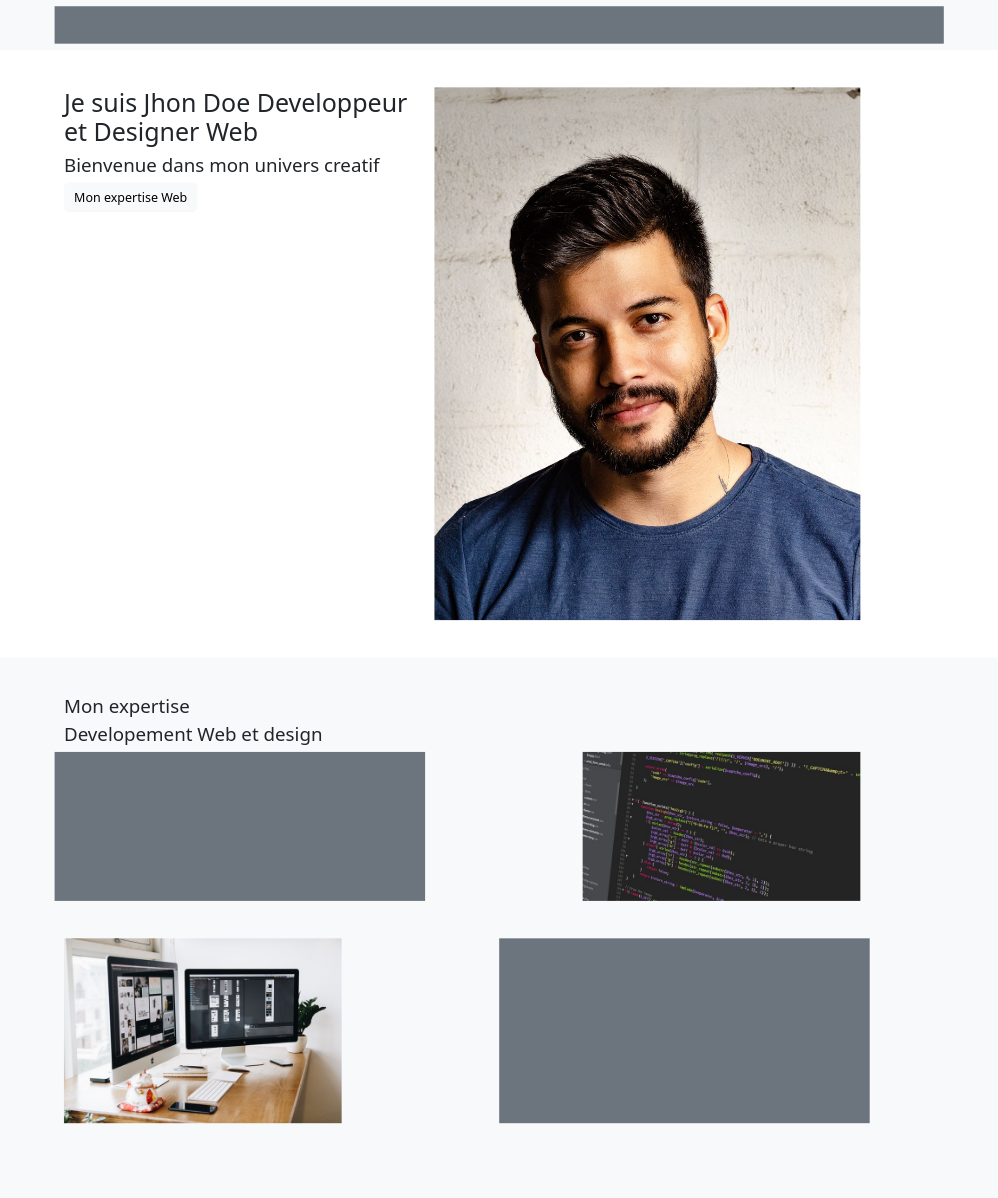
Repository: wadelfadill/Bootstrap_tache_1_portfolio
Page: index.html
An editor plug-in stored every save of this project. The page is shown before and after the next save, followed by the edit.
The browser window is 1280 px wide. The pictures show the whole page, at 78% of full size.

Above is the page before, as saved 2023-03-27 12:36:05.

### index.html
<!DOCTYPE html>
<html lang="en">
<head>
    <meta charset="UTF-8">
    <meta http-equiv="X-UA-Compatible" content="IE=edge">
    <meta name="viewport" content="width=device-width, initial-scale=1.0">
    <title>Portfolio_Bootstrap</title>
    <link href="https://cdn.jsdelivr.net/npm/bootstrap@5.3.0-alpha2/dist/css/bootstrap.min.css" rel="stylesheet" integrity="sha384-aFq/bzH65dt+w6FI2ooMVUpc+21e0SRygnTpmBvdBgSdnuTN7QbdgL+OapgHtvPp" crossorigin="anonymous">
    <link rel="stylesheet" href="style.css">
</head>
<body>
    <header>
        <nav class="navbar bg-light container-fluid">
            <div class="container bg-secondary py-4">

            </div>
        </nav>
    </header>
    <main>
        <section class="my-5">
            <div class="container">
                <div class="row">
                    <div class="col-5">
                        <p class="h2">Je suis Jhon Doe Developpeur et Designer Web</p>
                        <p class="h4">Bienvenue dans mon univers creatif</p>
                        <a class="btn btn-light" href="#" role="button">Mon expertise Web</a>

                    </div>
                    <div class="col-6">
                        <img src="img/portrait.jpg" alt="profile de Jhon Doe" class="w-100">
                    </div>
                </div>
            </div>
        </section>
        <section>
            <div class="container-fluid bg-light py-5 mt-5">
                <div class="container ">
                 <p class="h4">Mon expertise</p>
                 <p class="h4">Developement Web et design</p>
                <div class="row">
                    <div class="col-5 bg-secondary">

                    </div>
                    <div class="col-2"></div>
                    <div class="col-4">
                        <img src="img/code.jpg" alt="" class="w-100">
                    </div>
                </div>
                <div class="row my-5">
                    <div class="col-4">
                        <img src="img/design.jpg" alt="" class="w-100">
                    </div>
                    <div class="col-2"></div>
                    <div class="col-5 bg-secondary">

                    </div>
                </div>
             </div>
        </section>
        <section></section>
        <section></section>
    </main>



</body>
</html>

Loaded but not shown: style.css (no stored copy; drawn as an empty file)

After the next save:
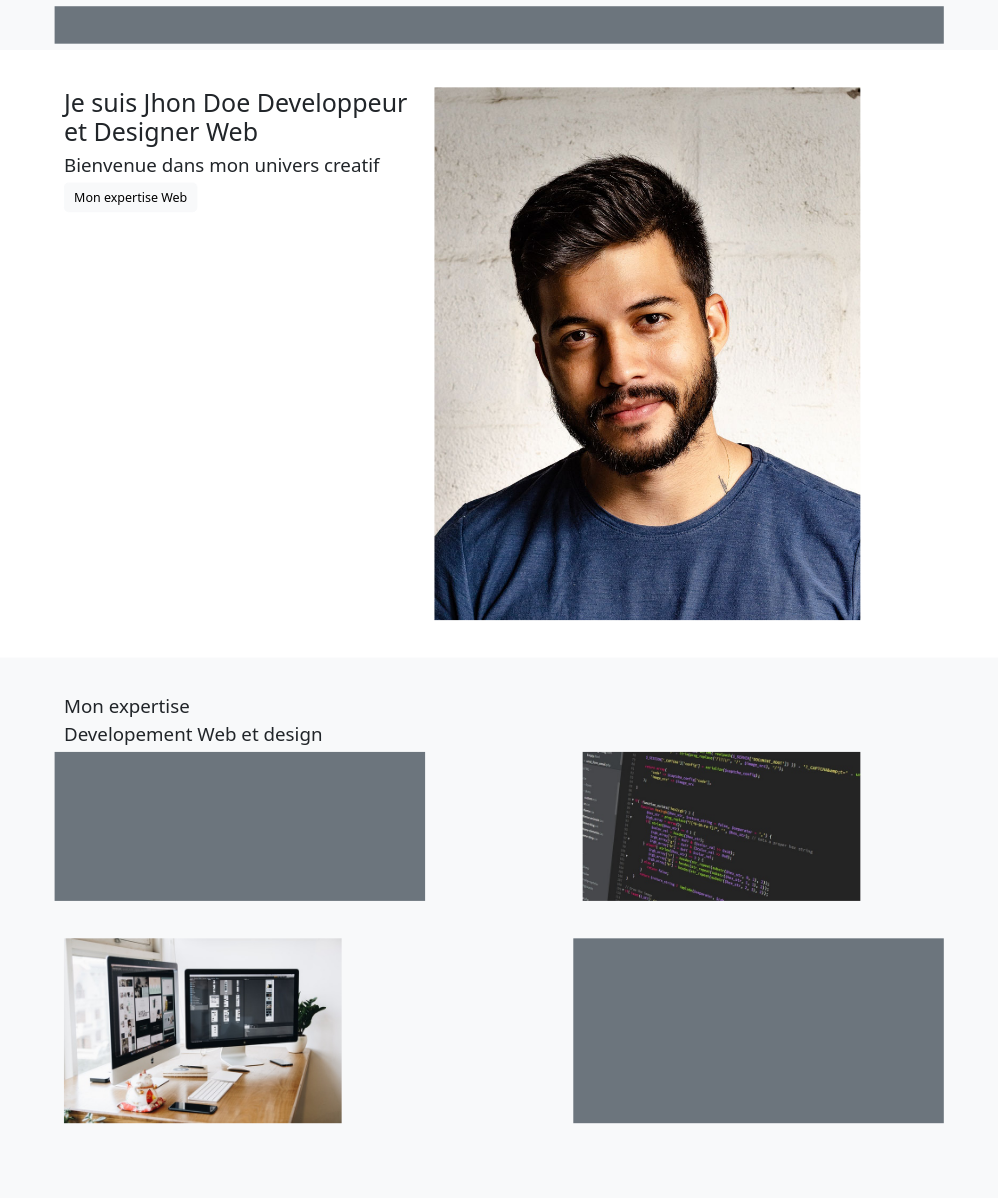
Saved 44 s later.
--- a/index.html
+++ b/index.html
@@ -50,7 +50,7 @@
                     <div class="col-4">
                         <img src="img/design.jpg" alt="" class="w-100">
                     </div>
-                    <div class="col-2"></div>
+                    <div class="col-3"></div>
                     <div class="col-5 bg-secondary">
 
                     </div>

After the save that followed:
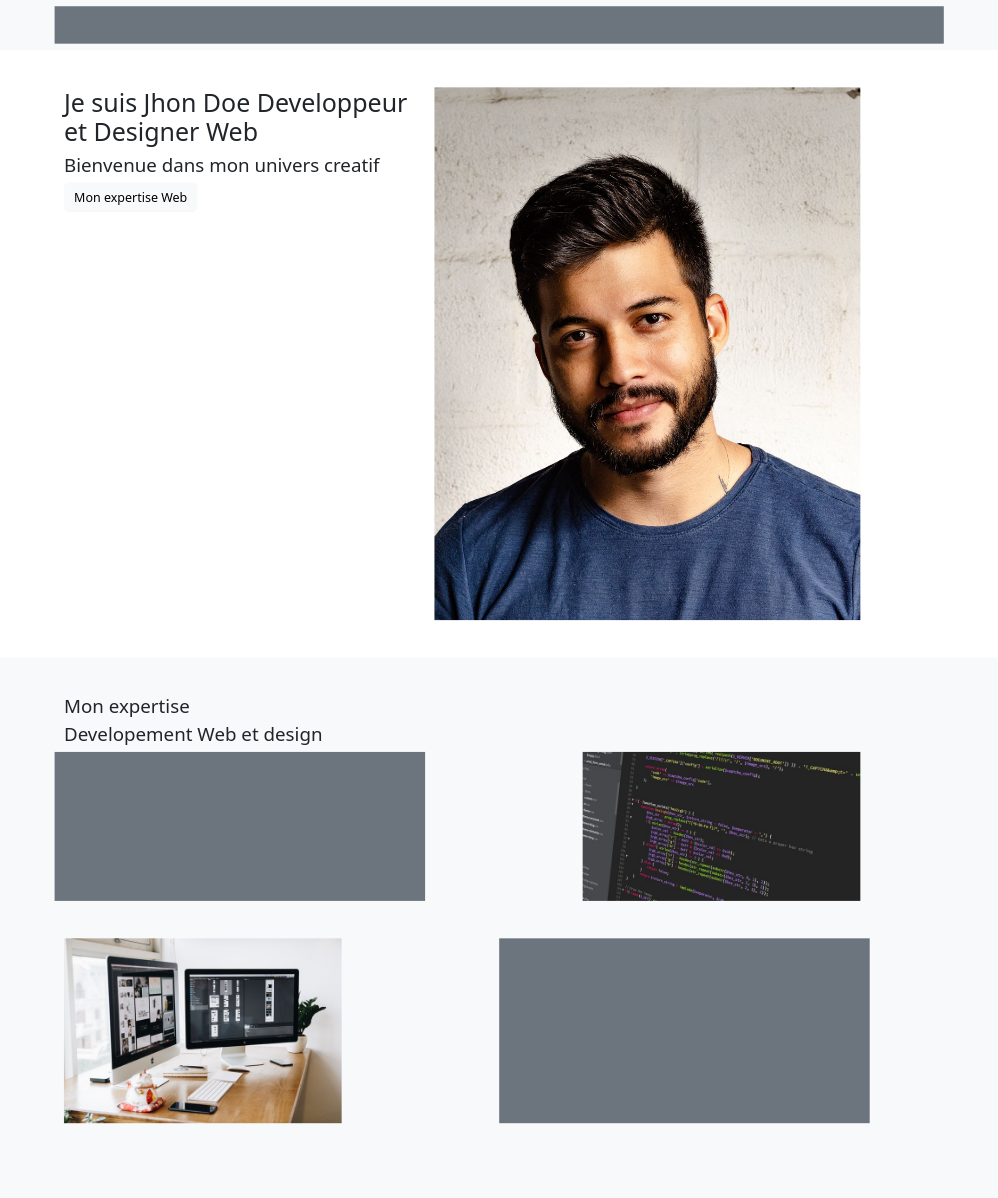
Saved 6 s later.
--- a/index.html
+++ b/index.html
@@ -50,7 +50,7 @@
                     <div class="col-4">
                         <img src="img/design.jpg" alt="" class="w-100">
                     </div>
-                    <div class="col-3"></div>
+                    <div class="col-2"></div>
                     <div class="col-5 bg-secondary">
 
                     </div>
